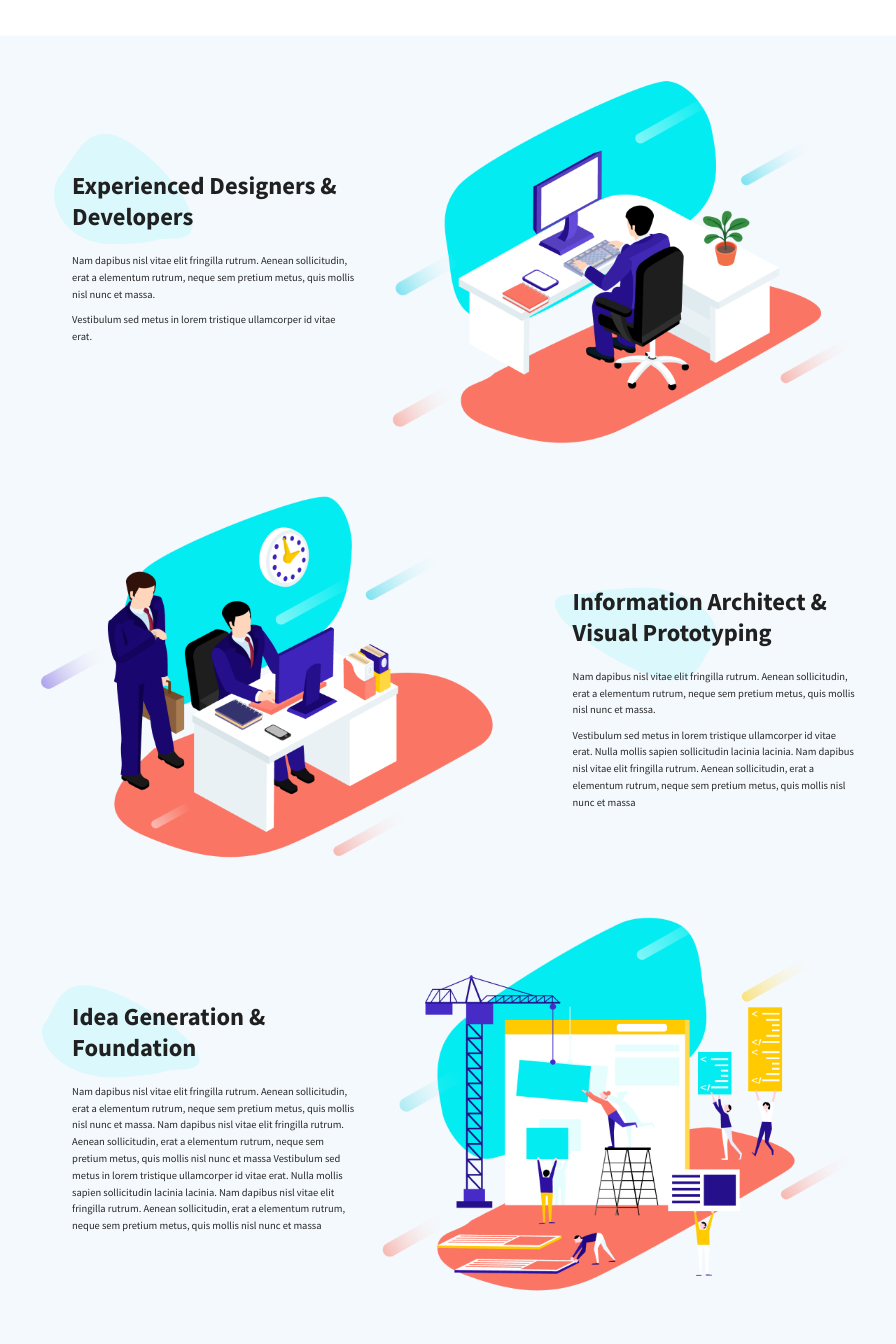
Repository: advert31337/marafon_from0to1_MartaUP
Page: index.html
An editor plug-in stored every save of this project. The page is shown before and after the next save, followed by the edit.
The browser window is 1280 px wide. The pictures show the part of the page from y = 1320 to 3240 px (the page is 3240 px tall), at 70% of full size.

Above is the page before, as saved 2020-03-08 10:44:56.

After the next save:
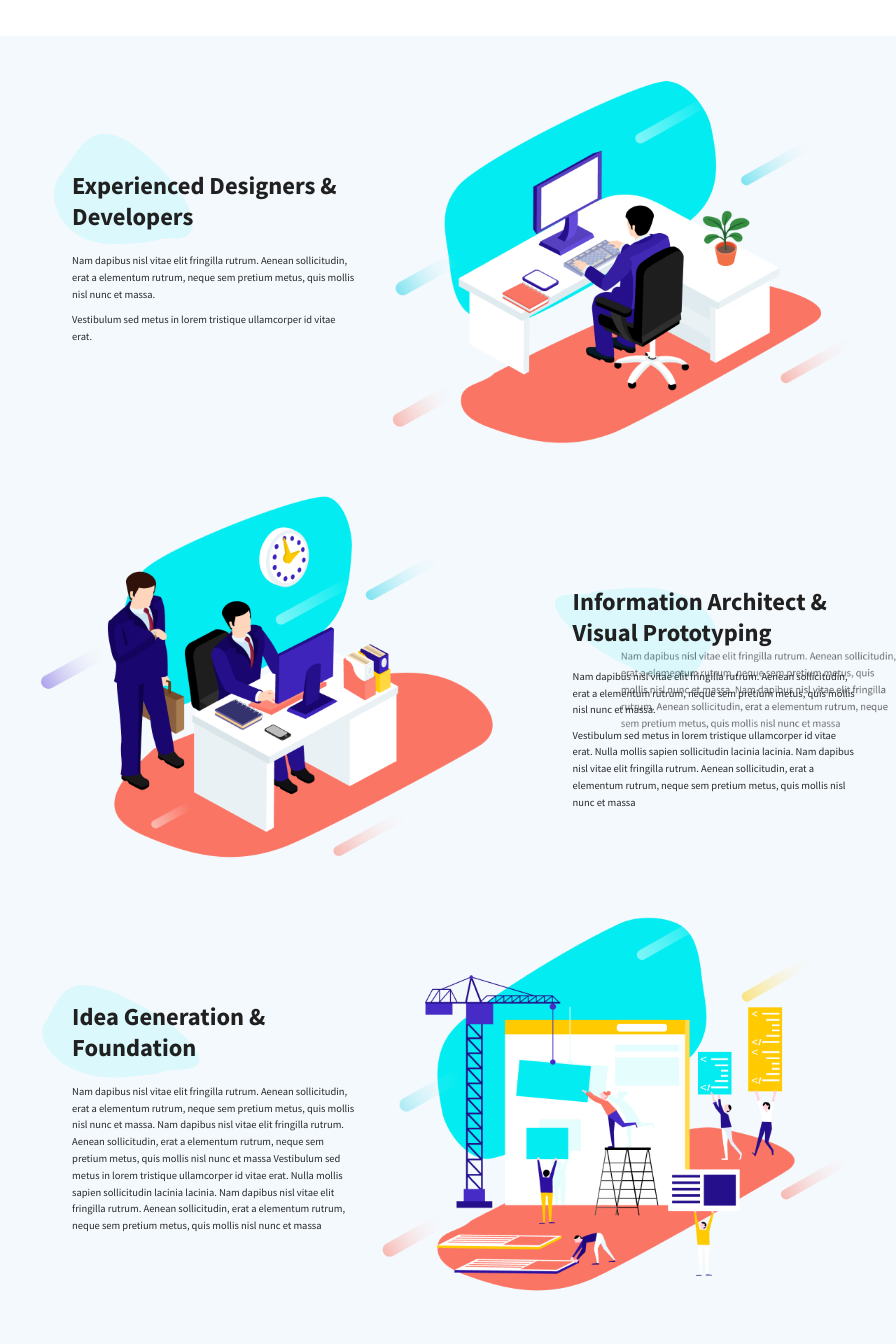
Saved 2 min 22 s later.
--- a/css/style.css
+++ b/css/style.css
@@ -184,6 +184,9 @@ a {
 .advantages {
     padding-top: 64px;
     background: #f4f9fd;
+    background-image: url(../images/advantages-bg.png);
+    background-repeat: no-repeat;
+    background-position: center right;
 }
 
 .advantages-box {
